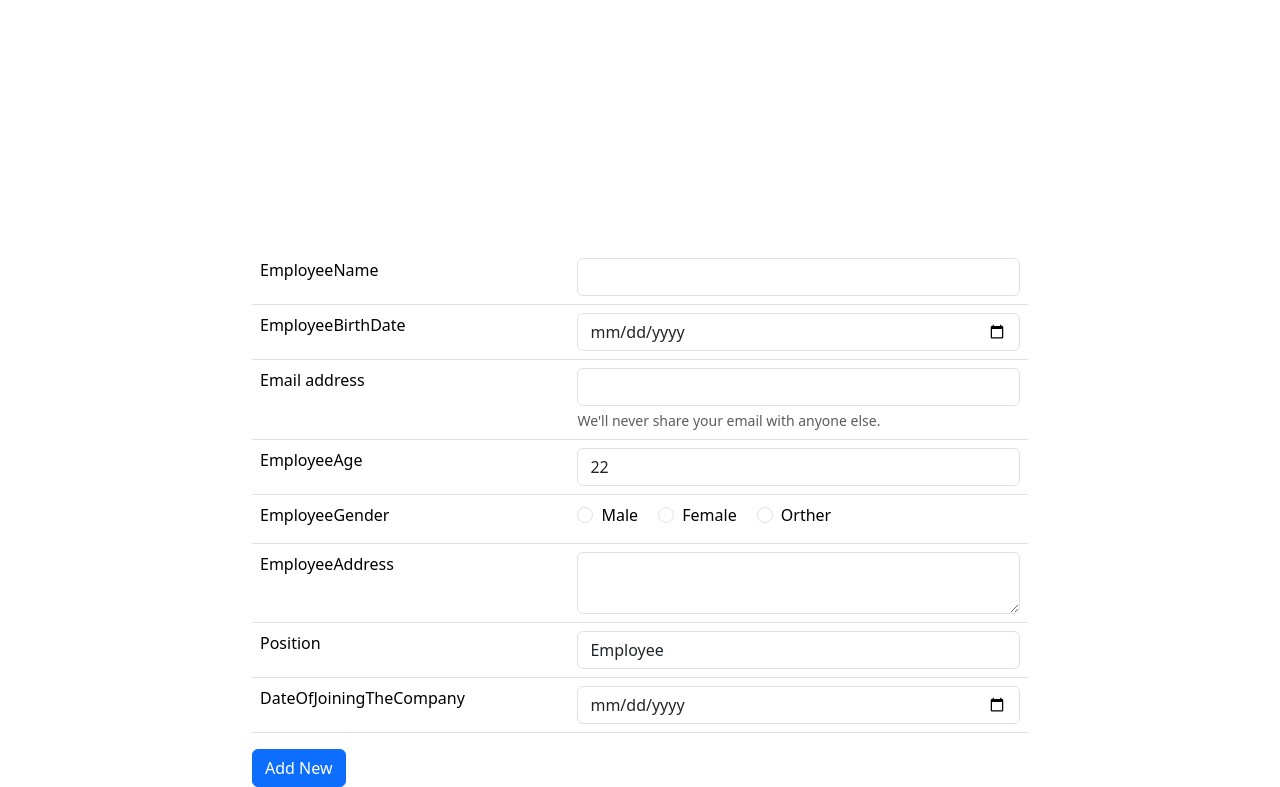
Repository: tranhuuan1703/BaiTapServlet
Page: http://localhost/bai_tap_jsp_servlet/views/Add.jsp
These files come from the project's save history. The page is drawn as it stood at one moment and after the next save; the edit follows.
The browser window is 1280 px wide. The pictures show the whole page.
Some web libraries are served in a nearby version. The page is served by Tomcat 9.

Above is the page before, as saved 2024-08-10 07:19:23.

After the next save:
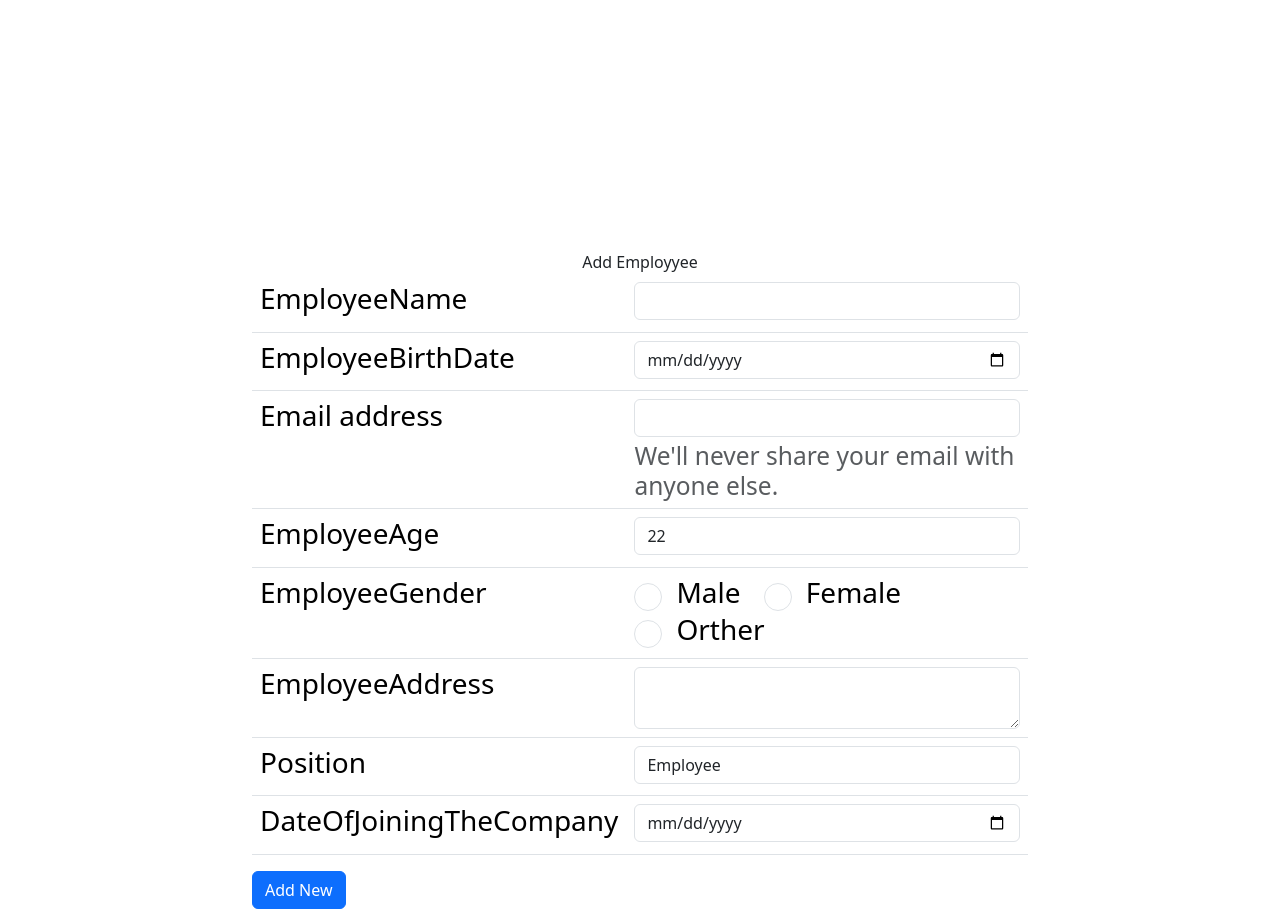
Saved 5 min 43 s later.
--- a/bai_tap_jsp_servlet/bai_tap_jsp_servlet/src/main/webapp/views/Add.jsp
+++ b/bai_tap_jsp_servlet/bai_tap_jsp_servlet/src/main/webapp/views/Add.jsp
@@ -18,6 +18,7 @@
    </head>
    <body>
       <div class="container" style="margin-top:250px; width:800px">
+      	<center>Add Employyee</h3></center><h3>
          <form id="updateForm" action="addEmployeeController" method="get">
             <table class="table">
 
